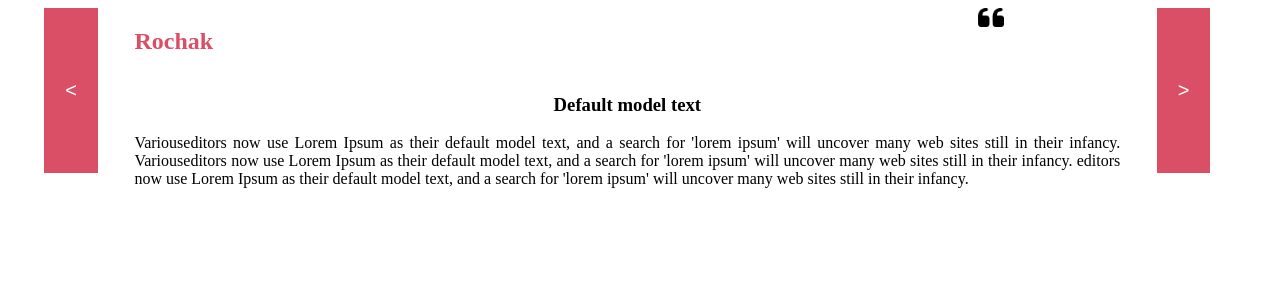
Repository: AVINKUMARP/gifts
Page: demo2.html
An editor plug-in stored every save of this project. The page is shown before and after the next save, followed by the edit.
The browser window is 1280 px wide. The pictures show the whole page.

Above is the page before, as saved 2023-08-24 14:04:19.

After the next save:
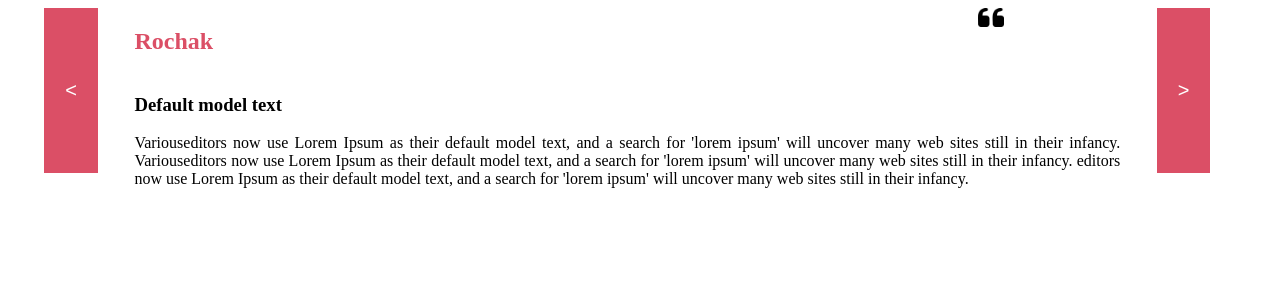
Saved 27 s later.
--- a/demo2.html
+++ b/demo2.html
@@ -42,7 +42,7 @@
         .ch h3{
             color:#db4f66;
         }
-        .csub h3{
+        .cpara h3{
             text-align: start;
         }
         .cpara p{
